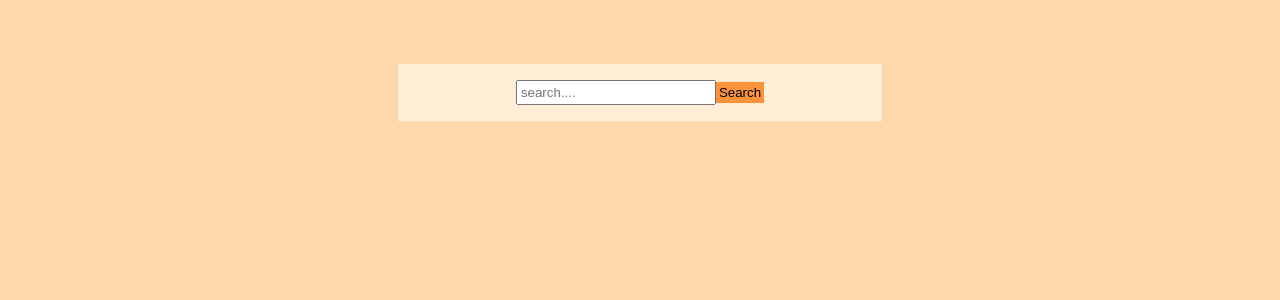
Repository: sandipkarmokar/recipeApp
Page: /
An editor plug-in stored every save of this project. The page is shown before and after the next save, followed by the edit.
The browser window is 1280 px wide. The pictures show the whole page.
The project was rebuilt for these pictures with package versions that can differ from the ones it lists, and the page was loaded fresh each time.

Above is the page before, as saved 2022-04-15 16:55:25.

After the next save:
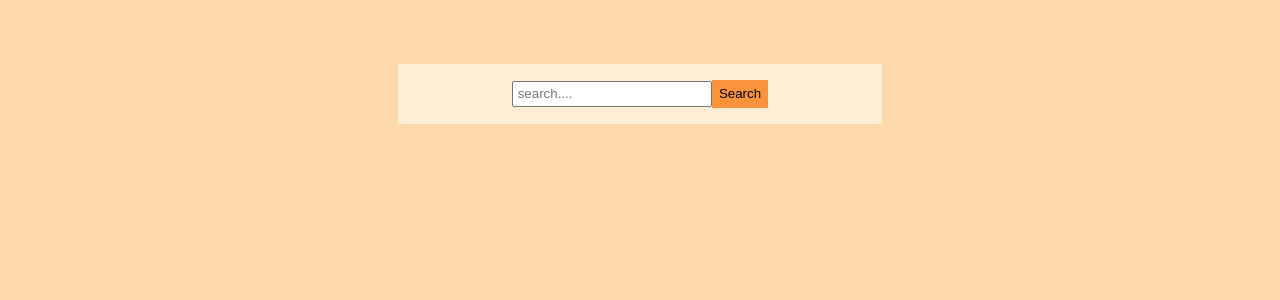
Saved 5 s later.
--- a/src/App.css
+++ b/src/App.css
@@ -39,5 +39,5 @@
 .app .app-container .searchBar .searchBar-container .search button {
     border: none;
     background-color: #fb923c;
-    padding: 0.2rem;
+    padding: 0.4rem;
 }
